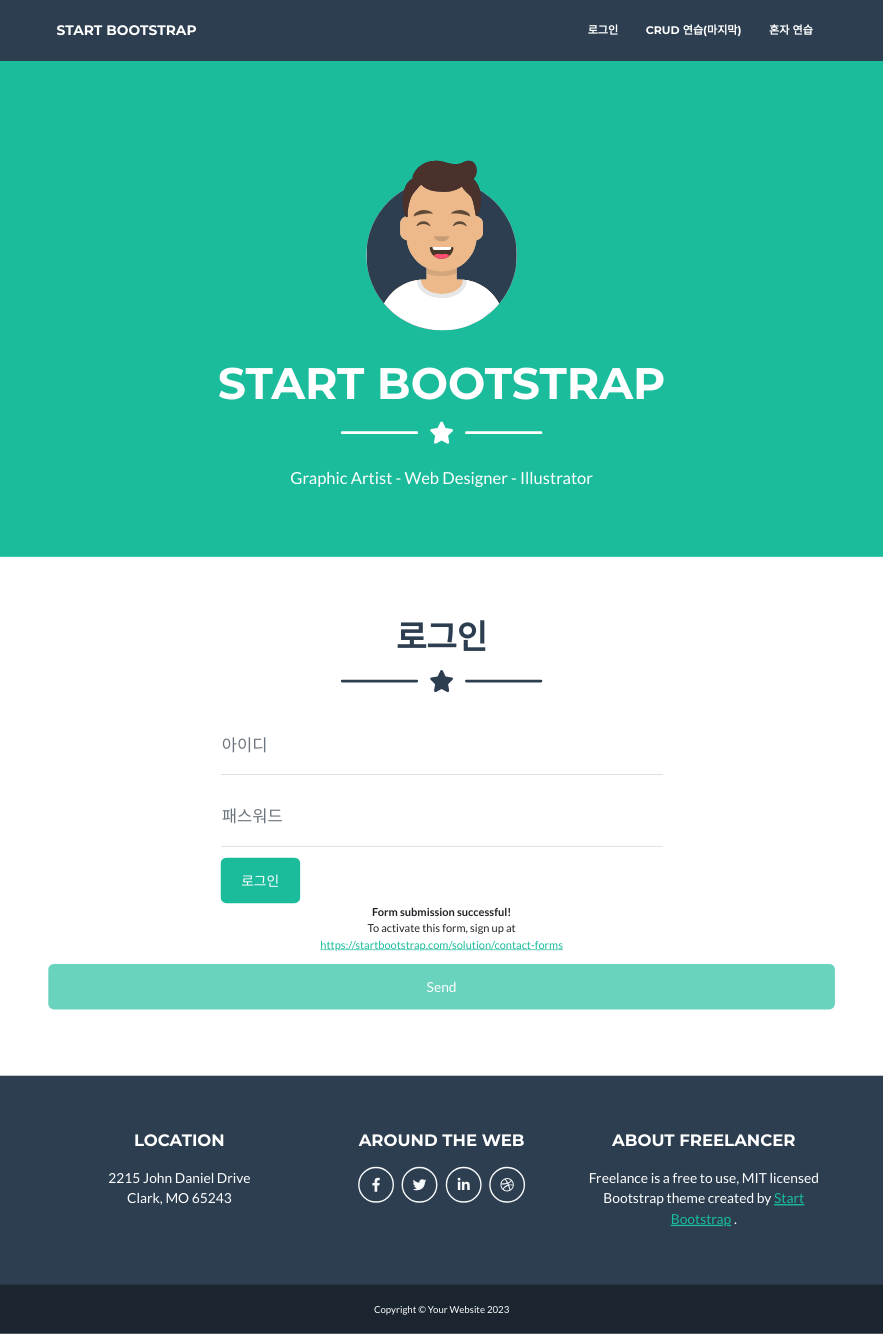
Repository: kvmhyvmvn/Study_JspServlet
Page: http://localhost/06.Last/member/login.jsp
An editor plug-in stored every save of this project. The page is shown before and after the next save, followed by the edit.
The browser window is 1280 px wide. The pictures show the whole page, at 69% of full size.
Some web libraries are served in a nearby version. The page is served by Tomcat 9. Other server files are loaded and not shown.

Above is the page before, as saved 2023-05-26 01:58:09.

### WorkSpace/06.Last/src/main/webapp/member/login.jsp
<%@ page language="java" contentType="text/html; charset=UTF-8"
    pageEncoding="UTF-8"%>
<!DOCTYPE html>
<html>
<!-- <jsp:include page="/include/head.jsp"/> -->
<%@ include file="/include/head.jsp" %>
<body id = "page-top">
<%@ include file="/include/header.jsp" %>
	<!-- Contact Section-->
        <section class="page-section" id="contact">
            <div class="container">
                <!-- Contact Section Heading-->
                <h2 class="page-section-heading text-center text-uppercase text-secondary mb-0">로그인</h2>
                <!-- Icon Divider-->
                <div class="divider-custom">
                    <div class="divider-custom-line"></div>
                    <div class="divider-custom-icon"><i class="fas fa-star"></i></div>
                    <div class="divider-custom-line"></div>
                </div>
                <!-- Contact Section Form-->
                <div class="row justify-content-center">
                    <div class="col-lg-8 col-xl-7">
                        <!-- * * * * * * * * * * * * * * *-->
                        <!-- * * SB Forms Contact Form * *-->
                        <!-- * * * * * * * * * * * * * * *-->
                        <!-- This form is pre-integrated with SB Forms.-->
                        <!-- To make this form functional, sign up at-->
                        <!-- https://startbootstrap.com/solution/contact-forms-->
                        <!-- to get an API token!-->
                        <form id="contactForm" data-sb-form-api-token="API_TOKEN">
                            <!-- id input-->
                            <div class="form-floating mb-3">
                                <input class="form-control" name="id" id="name" type="text" placeholder="id를 입력하세요" data-sb-validations="required" />
                                <label for="name">아이디</label>
                                <div class="invalid-feedback" data-sb-feedback="name:required">아이디 필수입력</div>
                            </div>
                            <!--  pw input-->
                            <div class="form-floating mb-3">
                                <input class="form-control" name="pw" id="email" type="email" placeholder="pw를 입력하세요" data-sb-validations="required,email" />
                                <label for="email">패스워드</label>
                                <div class="invalid-feedback" data-sb-feedback="email:required">패스워드 필수입력</div>
                            </div>



                            <a class="btn btn-primary btn-xl">로그인</a>
                                <div class="text-center mb-3">
                                    <div class="fw-bolder">Form submission successful!</div>
                                    To activate this form, sign up at
                                    <br />
                                    <a href="https://startbootstrap.com/solution/contact-forms">https://startbootstrap.com/solution/contact-forms</a>
                                </div>
                            </div>
                            <!-- Submit error message-->
                            <!---->
                            <!-- This is what your users will see when there is-->
                            <!-- an error submitting the form-->
                            <div class="d-none" id="submitErrorMessage"><div class="text-center text-danger mb-3">Error sending message!</div></div>
                            <!-- Submit Button-->
                            <button class="btn btn-primary btn-xl disabled" id="submitButton" type="submit">Send</button>
                        </form>
                    </div>
                </div>
            </div>
        </section>
 <%@ include file="/include/footer.jsp" %>
</body>
</html>

### WorkSpace/06.Last/src/main/webapp/include/head.jsp
<%@ page language="java" contentType="text/html; charset=UTF-8"
    pageEncoding="UTF-8"%>
 <head>
 	<!-- Masthead-->
        <meta charset="utf-8" />
        <meta name="viewport" content="width=device-width, initial-scale=1, shrink-to-fit=no" />
        <meta name="description" content="" />
        <meta name="author" content="" />
        <title>Freelancer - Start Bootstrap Theme</title>
        <!-- Favicon-->
        <link rel="icon" type="image/x-icon" href="assets/favicon.ico" />
        <!-- Font Awesome icons (free version)-->
        <script src="https://use.fontawesome.com/releases/v6.3.0/js/all.js" crossorigin="anonymous"></script>
        <!-- Google fonts-->
        <link href="https://fonts.googleapis.com/css?family=Montserrat:400,700" rel="stylesheet" type="text/css" />
        <link href="https://fonts.googleapis.com/css?family=Lato:400,700,400italic,700italic" rel="stylesheet" type="text/css" />
        <!-- Core theme CSS (includes Bootstrap)-->
        <link href="../css/styles.css" rel="stylesheet" />
        <script src="https://code.jquery.com/jquery-3.7.0.js" integrity="sha256-JlqSTELeR4TLqP0OG9dxM7yDPqX1ox/HfgiSLBj8+kM=" crossorigin="anonymous"></script>
    </head>

### WorkSpace/06.Last/src/main/webapp/include/header.jsp
<%@ page language="java" contentType="text/html; charset=UTF-8"
    pageEncoding="UTF-8"%>
            <!-- Navigation-->
        <nav class="navbar navbar-expand-lg bg-secondary text-uppercase fixed-top" id="mainNav">
            <div class="container">
                <a class="navbar-brand" href="#page-top">Start Bootstrap</a>
                <button class="navbar-toggler text-uppercase font-weight-bold bg-primary text-white rounded" type="button" data-bs-toggle="collapse" data-bs-target="#navbarResponsive" aria-controls="navbarResponsive" aria-expanded="false" aria-label="Toggle navigation">
                    Menu
                    <i class="fas fa-bars"></i>
                </button>
                <div class="collapse navbar-collapse" id="navbarResponsive">
                    <ul class="navbar-nav ms-auto">
                        <li class="nav-item mx-0 mx-lg-1"><a class="nav-link py-3 px-0 px-lg-3 rounded" href="loginpage.mem">로그인</a></li>
                        <li class="nav-item mx-0 mx-lg-1"><a class="nav-link py-3 px-0 px-lg-3 rounded" href="list.crud">CRUD 연습(마지막)</a></li>
                        <li class="nav-item mx-0 mx-lg-1"><a class="nav-link py-3 px-0 px-lg-3 rounded" href="#contact">혼자 연습</a></li>
                    </ul>
                </div>
            </div>
        </nav>
	<header class="masthead bg-primary text-white text-center">
            <div class="container d-flex align-items-center flex-column">
                <!-- Masthead Avatar Image-->
                <img class="masthead-avatar mb-5" src="assets/img/avataaars.svg" alt="..." />
                <!-- Masthead Heading-->
                <h1 class="masthead-heading text-uppercase mb-0">Start Bootstrap</h1>
                <!-- Icon Divider-->
                <div class="divider-custom divider-light">
                    <div class="divider-custom-line"></div>
                    <div class="divider-custom-icon"><i class="fas fa-star"></i></div>
                    <div class="divider-custom-line"></div>
                </div>
                <!-- Masthead Subheading-->
                <p class="masthead-subheading font-weight-light mb-0">Graphic Artist - Web Designer - Illustrator</p>
            </div>
        </header>

### WorkSpace/06.Last/src/main/webapp/include/footer.jsp
<%@ page language="java" contentType="text/html; charset=UTF-8"
    pageEncoding="UTF-8"%>
     <!-- Footer-->
        <footer class="footer text-center">
            <div class="container">
                <div class="row">
                    <!-- Footer Location-->
                    <div class="col-lg-4 mb-5 mb-lg-0">
                        <h4 class="text-uppercase mb-4">Location</h4>
                        <p class="lead mb-0">
                            2215 John Daniel Drive
                            <br />
                            Clark, MO 65243
                        </p>
                    </div>
                    <!-- Footer Social Icons-->
                    <div class="col-lg-4 mb-5 mb-lg-0">
                        <h4 class="text-uppercase mb-4">Around the Web</h4>
                        <a class="btn btn-outline-light btn-social mx-1" href="#!"><i class="fab fa-fw fa-facebook-f"></i></a>
                        <a class="btn btn-outline-light btn-social mx-1" href="#!"><i class="fab fa-fw fa-twitter"></i></a>
                        <a class="btn btn-outline-light btn-social mx-1" href="#!"><i class="fab fa-fw fa-linkedin-in"></i></a>
                        <a class="btn btn-outline-light btn-social mx-1" href="#!"><i class="fab fa-fw fa-dribbble"></i></a>
                    </div>
                    <!-- Footer About Text-->
                    <div class="col-lg-4">
                        <h4 class="text-uppercase mb-4">About Freelancer</h4>
                        <p class="lead mb-0">
                            Freelance is a free to use, MIT licensed Bootstrap theme created by
                            <a href="http://startbootstrap.com">Start Bootstrap</a>
                            .
                        </p>
                    </div>
                </div>
            </div>
        </footer>
        <!-- Copyright Section-->
        <div class="copyright py-4 text-center text-white">
            <div class="container"><small>Copyright &copy; Your Website 2023</small></div>
        </div>

### WorkSpace/06.Last/src/main/webapp/assets/img/avataaars.svg
<?xml version="1.0" encoding="utf-8"?>
<!-- Generator: Adobe Illustrator 23.0.3, SVG Export Plug-In . SVG Version: 6.00 Build 0)  -->
<svg version="1.1" id="Layer_1" xmlns="http://www.w3.org/2000/svg" xmlns:xlink="http://www.w3.org/1999/xlink" x="0px" y="0px"
	 viewBox="0 0 264 280" style="enable-background:new 0 0 264 280;" xml:space="preserve">
<style type="text/css">
	.st0{fill-rule:evenodd;clip-rule:evenodd;fill:#E6E6E6;}
	.st1{filter:url(#Adobe_OpacityMaskFilter);}
	.st2{fill-rule:evenodd;clip-rule:evenodd;fill:#FFFFFF;}
	.st3{mask:url(#mask-2_1_);}
	.st4{fill-rule:evenodd;clip-rule:evenodd;fill:#2C3E50;}
	.st5{filter:url(#Adobe_OpacityMaskFilter_1_);}
	.st6{mask:url(#mask-4_1_);}
	.st7{fill-rule:evenodd;clip-rule:evenodd;fill:#D0C6AC;}
	.st8{filter:url(#Adobe_OpacityMaskFilter_2_);}
	.st9{mask:url(#mask-6_1_);}
	.st10{fill-rule:evenodd;clip-rule:evenodd;fill:#EDB98A;}
	.st11{filter:url(#Adobe_OpacityMaskFilter_3_);}
	.st12{mask:url(#mask-6_2_);fill-rule:evenodd;clip-rule:evenodd;fill-opacity:0.1;}
	.st13{filter:url(#Adobe_OpacityMaskFilter_4_);}
	.st14{mask:url(#react-mask-952_1_);}
	.st15{filter:url(#Adobe_OpacityMaskFilter_5_);}
	.st16{opacity:0.6;mask:url(#react-mask-952_2_);}
	.st17{fill-rule:evenodd;clip-rule:evenodd;fill-opacity:0.16;}
	.st18{fill-rule:evenodd;clip-rule:evenodd;fill-opacity:0.7;}
	.st19{filter:url(#Adobe_OpacityMaskFilter_6_);}
	.st20{mask:url(#react-mask-934_1_);fill-rule:evenodd;clip-rule:evenodd;fill:#FFFFFF;}
	.st21{filter:url(#Adobe_OpacityMaskFilter_7_);}
	.st22{mask:url(#react-mask-934_2_);}
	.st23{fill-rule:evenodd;clip-rule:evenodd;fill:#FF4F6D;}
	.st24{fill-rule:evenodd;clip-rule:evenodd;fill-opacity:0.6;}
	.st25{filter:url(#Adobe_OpacityMaskFilter_8_);}
	.st26{mask:url(#react-mask-925_1_);}
	.st27{fill-rule:evenodd;clip-rule:evenodd;fill:#28354B;}
	.st28{filter:url(#Adobe_OpacityMaskFilter_9_);}
	.st29{mask:url(#react-mask-924_1_);}
	.st30{fill-rule:evenodd;clip-rule:evenodd;fill:#4A312C;}
</style>
<desc>Created with getavataaars.com</desc>
<g>
	<g transform="translate(-825.000000, -1100.000000)">
		<g transform="translate(825.000000, 1100.000000)">
			<g id="Circle" transform="translate(12.000000, 40.000000)">
				<g id="Circle-Background">
					<circle class="st0" cx="120" cy="120" r="120"/>
				</g>
				<defs>
					<filter id="Adobe_OpacityMaskFilter" filterUnits="userSpaceOnUse" x="0" y="0" width="240" height="240">
						<feColorMatrix  type="matrix" values="1 0 0 0 0  0 1 0 0 0  0 0 1 0 0  0 0 0 1 0"/>
					</filter>
				</defs>
				<mask maskUnits="userSpaceOnUse" x="0" y="0" width="240" height="240" id="mask-2_1_">
					<g class="st1">
						<circle id="path-1_1_" class="st2" cx="120" cy="120" r="120"/>
					</g>
				</mask>
				<g class="st3">
					<rect class="st4" width="240" height="240"/>
				</g>
			</g>
			<g id="Mask">
			</g>
			<defs>
				<filter id="Adobe_OpacityMaskFilter_1_" filterUnits="userSpaceOnUse" x="-1" y="0" width="265" height="280">
					<feColorMatrix  type="matrix" values="1 0 0 0 0  0 1 0 0 0  0 0 1 0 0  0 0 0 1 0"/>
				</filter>
			</defs>
			<mask maskUnits="userSpaceOnUse" x="-1" y="0" width="265" height="280" id="mask-4_1_">
				<g class="st5">
					<path id="path-3_1_" class="st2" d="M12,160c0,66.3,53.7,120,120,120s120-53.7,120-120h12V0H0v160H12z"/>
				</g>
			</mask>
			<g id="Avataaar" class="st6">
				<g id="Body" transform="translate(32.000000, 36.000000)">
					<g>
						<path class="st7" d="M124,144.6V163h4l0,0c39.8,0,72,32.2,72,72v9H0v-9c0-39.8,32.2-72,72-72l0,0h4v-18.4
							c-17.2-8.2-29.6-24.9-31.7-44.7C38.5,99.1,34,94.1,34,88V74c0-5.9,4.3-10.9,10-11.8V56l0,0c0-30.9,25.1-56,56-56l0,0l0,0
							c30.9,0,56,25.1,56,56v6.2c5.7,1,10,5.9,10,11.8v14c0,6.1-4.5,11.1-10.3,11.9C153.6,119.7,141.2,136.4,124,144.6z"/>
					</g>
					<defs>
						<filter id="Adobe_OpacityMaskFilter_2_" filterUnits="userSpaceOnUse" x="-32" y="0" width="264" height="244">
							<feColorMatrix  type="matrix" values="1 0 0 0 0  0 1 0 0 0  0 0 1 0 0  0 0 0 1 0"/>
						</filter>
					</defs>
					<mask maskUnits="userSpaceOnUse" x="-32" y="0" width="264" height="244" id="mask-6_1_">
						<g class="st8">
							<path id="path-5_1_" class="st2" d="M124,144.6V163h4l0,0c39.8,0,72,32.2,72,72v9H0v-9c0-39.8,32.2-72,72-72l0,0h4v-18.4
								c-17.2-8.2-29.6-24.9-31.7-44.7C38.5,99.1,34,94.1,34,88V74c0-5.9,4.3-10.9,10-11.8V56l0,0c0-30.9,25.1-56,56-56l0,0l0,0
								c30.9,0,56,25.1,56,56v6.2c5.7,1,10,5.9,10,11.8v14c0,6.1-4.5,11.1-10.3,11.9C153.6,119.7,141.2,136.4,124,144.6z"/>
						</g>
					</mask>
					<g class="st9">
						<g id="Color" transform="translate(-32.000000, 0.000000)">
							<rect class="st10" width="264" height="244"/>
						</g>
					</g>
					<defs>
						<filter id="Adobe_OpacityMaskFilter_3_" filterUnits="userSpaceOnUse" x="44" y="79" width="112" height="79">
							<feColorMatrix  type="matrix" values="1 0 0 0 0  0 1 0 0 0  0 0 1 0 0  0 0 0 1 0"/>
						</filter>
					</defs>
					<mask maskUnits="userSpaceOnUse" x="44" y="79" width="112" height="79" id="mask-6_2_">
						<g class="st11">
							<path id="path-5_2_" class="st2" d="M124,144.6V163h4l0,0c39.8,0,72,32.2,72,72v9H0v-9c0-39.8,32.2-72,72-72l0,0h4v-18.4
								c-17.2-8.2-29.6-24.9-31.7-44.7C38.5,99.1,34,94.1,34,88V74c0-5.9,4.3-10.9,10-11.8V56l0,0c0-30.9,25.1-56,56-56l0,0l0,0
								c30.9,0,56,25.1,56,56v6.2c5.7,1,10,5.9,10,11.8v14c0,6.1-4.5,11.1-10.3,11.9C153.6,119.7,141.2,136.4,124,144.6z"/>
						</g>
					</mask>
					<path id="Neck-Shadow" class="st12" d="M156,79v23c0,30.9-25.1,56-56,56s-56-25.1-56-56V79v15c0,30.9,25.1,56,56,56
						s56-25.1,56-56V79z"/>
				</g>
				<g transform="translate(0.000000, 170.000000)">
					<g id="Clothes">
						<path class="st0" d="M166,29.3c37,3,66,34,66,71.8v8.9H32v-8.9C32,63,61.6,31.8,99,29.2c0,0.4,0,0.7,0,1.1
							c0,11.9,15,21.5,33.5,21.5S166,42.2,166,30.3C166,30,166,29.6,166,29.3z"/>
					</g>
					<defs>
						<filter id="Adobe_OpacityMaskFilter_4_" filterUnits="userSpaceOnUse" x="0" y="0" width="264" height="110">
							<feColorMatrix  type="matrix" values="1 0 0 0 0  0 1 0 0 0  0 0 1 0 0  0 0 0 1 0"/>
						</filter>
					</defs>
					<mask maskUnits="userSpaceOnUse" x="0" y="0" width="264" height="110" id="react-mask-952_1_">
						<g class="st13">
							<path id="react-path-951_1_" class="st2" d="M166,29.3c37,3,66,34,66,71.8v8.9H32v-8.9C32,63,61.6,31.8,99,29.2
								c0,0.4,0,0.7,0,1.1c0,11.9,15,21.5,33.5,21.5S166,42.2,166,30.3C166,30,166,29.6,166,29.3z"/>
						</g>
					</mask>
					<g class="st14">
						<rect class="st2" width="264" height="110"/>
					</g>
					<defs>
						<filter id="Adobe_OpacityMaskFilter_5_" filterUnits="userSpaceOnUse" x="92.9" y="4.9" width="79.3" height="53.8">
							<feColorMatrix  type="matrix" values="1 0 0 0 0  0 1 0 0 0  0 0 1 0 0  0 0 0 1 0"/>
						</filter>
					</defs>
					<mask maskUnits="userSpaceOnUse" x="92.9" y="4.9" width="79.3" height="53.8" id="react-mask-952_2_">
						<g class="st15">
							<path id="react-path-951_2_" class="st2" d="M166,29.3c37,3,66,34,66,71.8v8.9H32v-8.9C32,63,61.6,31.8,99,29.2
								c0,0.4,0,0.7,0,1.1c0,11.9,15,21.5,33.5,21.5S166,42.2,166,30.3C166,30,166,29.6,166,29.3z"/>
						</g>
					</mask>
					<g id="Shadowy" class="st16">
						<g transform="translate(92.000000, 4.000000)">
							<ellipse class="st17" cx="40.5" cy="27.8" rx="39.6" ry="26.9"/>
						</g>
					</g>
				</g>
				<g id="Face" transform="translate(76.000000, 82.000000)">
					<g transform="translate(2.000000, 52.000000)">
						<g id="Mouth">
							<path class="st18" d="M35.1,15.1C36.2,24.6,44.2,32,54,32c9.8,0,17.9-7.4,18.9-17c0.1-0.8-0.8-2-1.8-2c-14.9,0-26.3,0-34,0
								C36,13,35,14.2,35.1,15.1z"/>
						</g>
						<defs>
							<filter id="Adobe_OpacityMaskFilter_6_" filterUnits="userSpaceOnUse" x="39" y="2" width="31" height="16">
								<feColorMatrix  type="matrix" values="1 0 0 0 0  0 1 0 0 0  0 0 1 0 0  0 0 0 1 0"/>
							</filter>
						</defs>
						<mask maskUnits="userSpaceOnUse" x="39" y="2" width="31" height="16" id="react-mask-934_1_">
							<g class="st19">
								<path id="react-path-933_1_" class="st2" d="M35.1,15.1C36.2,24.6,44.2,32,54,32c9.8,0,17.9-7.4,18.9-17
									c0.1-0.8-0.8-2-1.8-2c-14.9,0-26.3,0-34,0C36,13,35,14.2,35.1,15.1z"/>
							</g>
						</mask>
						<path id="Teeth" class="st20" d="M44,2h21c2.8,0,5,2.2,5,5v6c0,2.8-2.2,5-5,5H44c-2.8,0-5-2.2-5-5V7C39,4.2,41.2,2,44,2z"/>
						<defs>
							<filter id="Adobe_OpacityMaskFilter_7_" filterUnits="userSpaceOnUse" x="38" y="24" width="32" height="22">
								<feColorMatrix  type="matrix" values="1 0 0 0 0  0 1 0 0 0  0 0 1 0 0  0 0 0 1 0"/>
							</filter>
						</defs>
						<mask maskUnits="userSpaceOnUse" x="38" y="24" width="32" height="22" id="react-mask-934_2_">
							<g class="st21">
								<path id="react-path-933_2_" class="st2" d="M35.1,15.1C36.2,24.6,44.2,32,54,32c9.8,0,17.9-7.4,18.9-17
									c0.1-0.8-0.8-2-1.8-2c-14.9,0-26.3,0-34,0C36,13,35,14.2,35.1,15.1z"/>
							</g>
						</mask>
						<g id="Tongue" class="st22">
							<g transform="translate(38.000000, 24.000000)">
								<circle class="st23" cx="11" cy="11" r="11"/>
								<circle class="st23" cx="21" cy="11" r="11"/>
							</g>
						</g>
					</g>
					<g transform="translate(28.000000, 40.000000)">
						<path id="Nose" class="st17" d="M16,8c0,4.4,5.4,8,12,8l0,0c6.6,0,12-3.6,12-8"/>
					</g>
					<g transform="translate(0.000000, 8.000000)">
						<path id="Squint" class="st24" d="M16.2,22.4C18,18.6,22.2,16,27,16c4.8,0,9,2.6,10.8,6.4c0.6,1.1-0.2,2-1,1.4
							c-2.5-2.1-5.9-3.4-9.8-3.4c-3.7,0-7.1,1.2-9.6,3.2C16.5,24.3,15.6,23.6,16.2,22.4z"/>
						<path class="st24" d="M74.2,22.4C76,18.6,80.2,16,85,16c4.8,0,9,2.6,10.8,6.4c0.6,1.1-0.2,2-1,1.4c-2.5-2.1-5.9-3.4-9.8-3.4
							c-3.7,0-7.1,1.2-9.6,3.2C74.5,24.3,73.6,23.6,74.2,22.4z"/>
					</g>
					<g>
						<path id="Eyebrow" class="st24" d="M26.5,6.1c-5.8,0.3-15.2,4.5-15,10.3c0,0.2,0.3,0.3,0.4,0.1c2.8-3,22.3-5.9,29.2-4.4
							c0.6,0.1,1.1-0.5,0.7-0.9C38.5,7.5,31.7,5.9,26.5,6.1"/>
						<path class="st24" d="M86.5,6.1c5.8,0.3,15.2,4.5,15,10.3c0,0.2-0.3,0.3-0.4,0.1c-2.8-3-22.3-5.9-29.2-4.4
							c-0.6,0.1-1.1-0.5-0.7-0.9C74.5,7.5,81.3,5.9,86.5,6.1"/>
					</g>
				</g>
				<g id="Top">
					<defs>
						<filter id="Adobe_OpacityMaskFilter_8_" filterUnits="userSpaceOnUse" x="-1" y="0" width="264" height="280">
							<feColorMatrix  type="matrix" values="1 0 0 0 0  0 1 0 0 0  0 0 1 0 0  0 0 0 1 0"/>
						</filter>
					</defs>
					<mask maskUnits="userSpaceOnUse" x="-1" y="0" width="264" height="280" id="react-mask-925_1_">
						<g class="st25">
							<rect id="react-path-927_1_" class="st2" width="264" height="280"/>
						</g>
					</mask>
					<g class="st26">
						<g transform="translate(-1.000000, 0.000000)">
							<g id="Short-Hair">
								<path class="st27" d="M183.7,38.9c5.4-5,6.7-15,3.6-21.5c-3.8-8-11.4-9-18.7-5.5c-6.9,3.3-13.1,4.4-20.6,2.8
									c-7.3-1.5-14.1-4.3-21.6-4.7C114,9.3,102,13.9,93.6,23.1c-1.6,1.8-2.9,3.8-4.1,5.8c-1,1.6-2.1,3.4-2.5,5.3
									c-0.2,0.9,0.2,3.1-0.3,3.8c-0.5,0.8-2.3,1.5-3.1,2.1c-1.6,1.2-2.9,2.5-4.2,4c-2.7,3.2-4.1,6.6-5.4,10.6
									c-4.1,13.2-4.5,29,0.9,42c0.7,1.7,2.9,5.4,4.2,1.6c0.3-0.7-0.3-3.2-0.3-3.9c0-2.7,1.5-20.7,8-30.8c2.1-3.3,12-15.6,14-15.7
									c1.1,1.7,11.9,12.5,39.9,11.2c12.7-0.6,22.4-6.3,24.7-8.7c1,5.5,13,13.8,14.8,17.2c5.3,9.8,6.4,30.3,8.4,30.3
									s3.5-5.2,3.9-6.2c3.1-7.4,3.6-16.6,3.3-24.6C195.5,57,191.3,45.9,183.7,38.9z"/>
							</g>
							<defs>
								<filter id="Adobe_OpacityMaskFilter_9_" filterUnits="userSpaceOnUse" x="0" y="0" width="264" height="280">
									<feColorMatrix  type="matrix" values="1 0 0 0 0  0 1 0 0 0  0 0 1 0 0  0 0 0 1 0"/>
								</filter>
							</defs>
							<mask maskUnits="userSpaceOnUse" x="0" y="0" width="264" height="280" id="react-mask-924_1_">
								<g class="st28">
									<path id="react-path-926_1_" class="st2" d="M183.7,38.9c5.4-5,6.7-15,3.6-21.5c-3.8-8-11.4-9-18.7-5.5
										c-6.9,3.3-13.1,4.4-20.6,2.8c-7.3-1.5-14.1-4.3-21.6-4.7C114,9.3,102,13.9,93.6,23.1c-1.6,1.8-2.9,3.8-4.1,5.8
										c-1,1.6-2.1,3.4-2.5,5.3c-0.2,0.9,0.2,3.1-0.3,3.8c-0.5,0.8-2.3,1.5-3.1,2.1c-1.6,1.2-2.9,2.5-4.2,4
										c-2.7,3.2-4.1,6.6-5.4,10.6c-4.1,13.2-4.5,29,0.9,42c0.7,1.7,2.9,5.4,4.2,1.6c0.3-0.7-0.3-3.2-0.3-3.9
										c0-2.7,1.5-20.7,8-30.8c2.1-3.3,12-15.6,14-15.7c1.1,1.7,11.9,12.5,39.9,11.2c12.7-0.6,22.4-6.3,24.7-8.7
										c1,5.5,13,13.8,14.8,17.2c5.3,9.8,6.4,30.3,8.4,30.3s3.5-5.2,3.9-6.2c3.1-7.4,3.6-16.6,3.3-24.6
										C195.5,57,191.3,45.9,183.7,38.9z"/>
								</g>
							</mask>
							<g class="st29">
								<g transform="translate(0.000000, 0.000000) ">
									<rect class="st30" width="264" height="280"/>
								</g>
							</g>
						</g>
					</g>
				</g>
			</g>
		</g>
	</g>
</g>
</svg>

Loaded but not shown: WorkSpace/06.Last/src/main/webapp/css/styles.css (library)

After the next save:
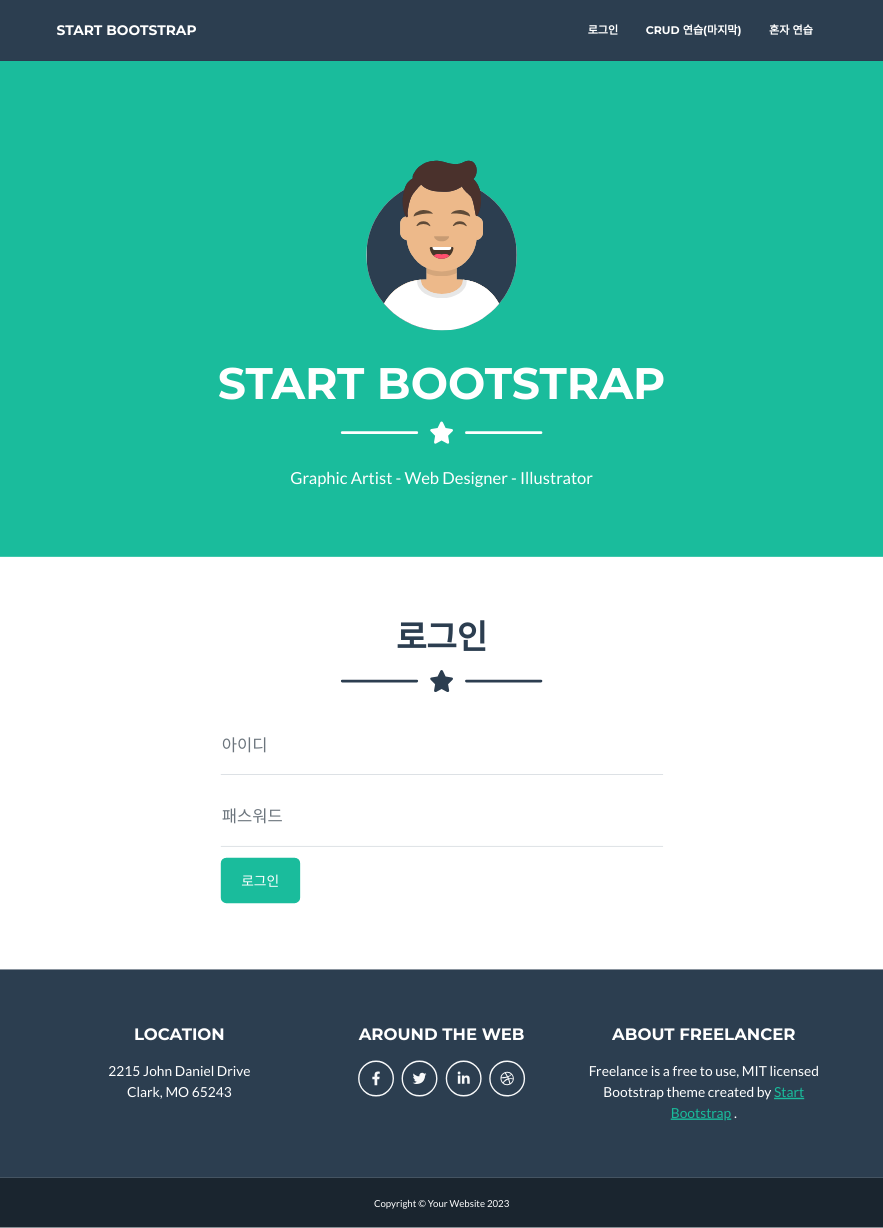
Saved 117 s later.
--- a/WorkSpace/06.Last/src/main/webapp/member/login.jsp
+++ b/WorkSpace/06.Last/src/main/webapp/member/login.jsp
@@ -44,25 +44,16 @@
 
 
                             <a class="btn btn-primary btn-xl">로그인</a>
-                                <div class="text-center mb-3">
-                                    <div class="fw-bolder">Form submission successful!</div>
-                                    To activate this form, sign up at
-                                    <br />
-                                    <a href="https://startbootstrap.com/solution/contact-forms">https://startbootstrap.com/solution/contact-forms</a>
-                                </div>
-                            </div>
-                            <!-- Submit error message-->
-                            <!---->
-                            <!-- This is what your users will see when there is-->
-                            <!-- an error submitting the form-->
-                            <div class="d-none" id="submitErrorMessage"><div class="text-center text-danger mb-3">Error sending message!</div></div>
-                            <!-- Submit Button-->
-                            <button class="btn btn-primary btn-xl disabled" id="submitButton" type="submit">Send</button>
-                        </form>
+
                     </div>
                 </div>
             </div>
         </section>
  <%@ include file="/include/footer.jsp" %>
+<script type="text/javascript">
+	function login() {
+		// jquery로 input type id에 입력 된 값을 alert이나 console로 찍어보기
+	}
+</script>
 </body>
 </html>
